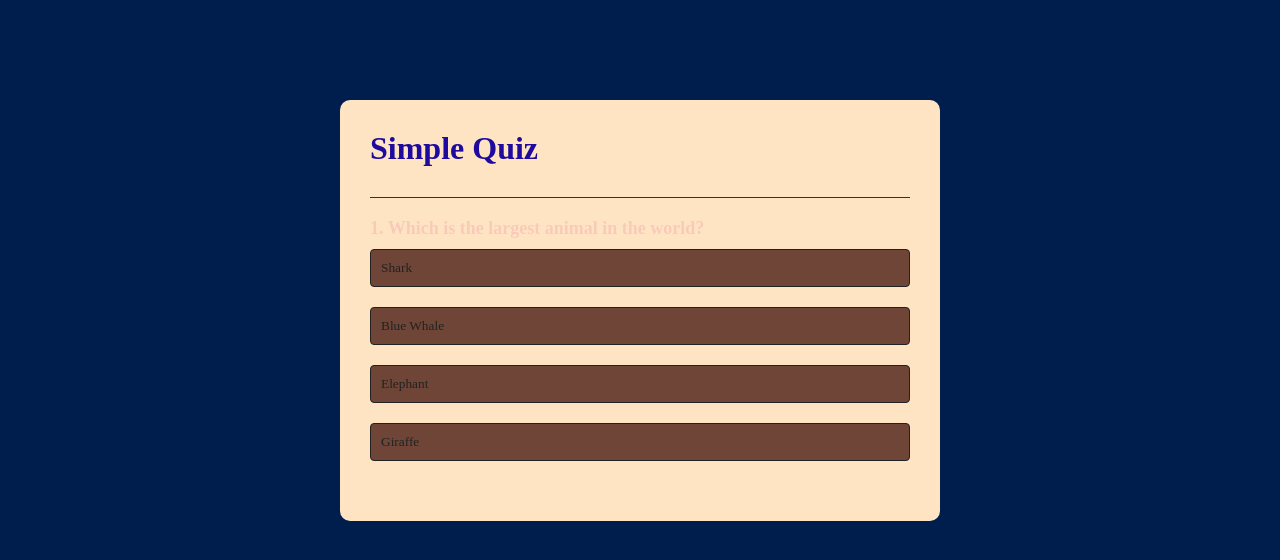
Repository: supriya123yadav/Quiz-project
Page: index.html
An editor plug-in stored every save of this project. The page is shown before and after the next save, followed by the edit.
The browser window is 1280 px wide. The pictures show the whole page.

Above is the page before, as saved 2024-07-11 10:26:42.

After the next save:
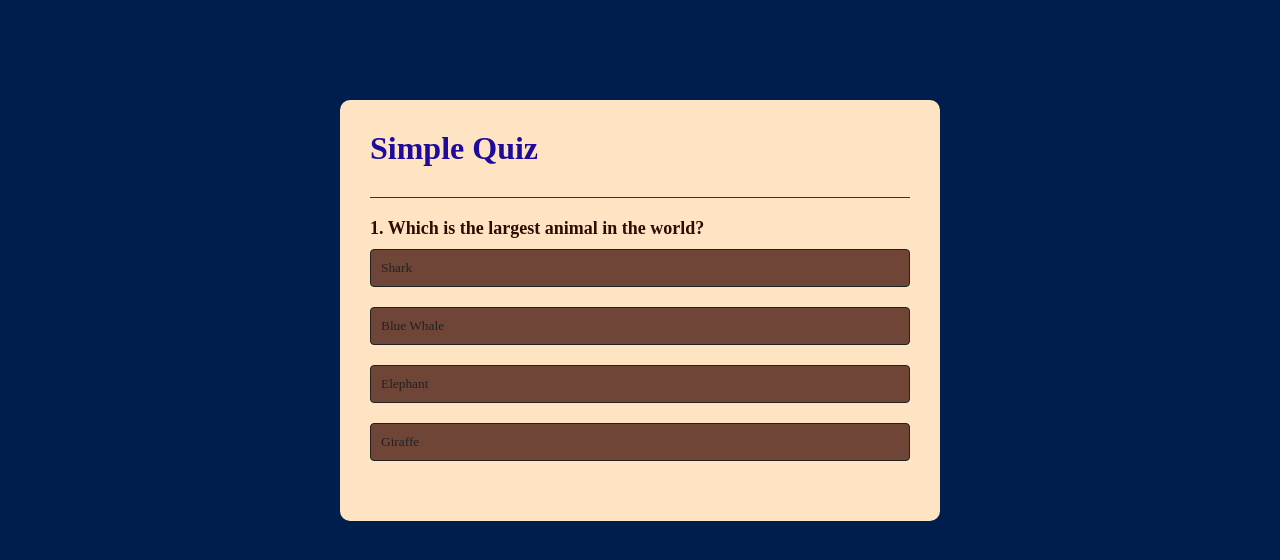
Saved 26 s later.
--- a/style.css
+++ b/style.css
@@ -30,7 +30,7 @@ body{
 }
 .quiz h2{
     font-size: 18px;
-    color: rgb(250, 202, 185);
+    color: rgb(44, 13, 2);
     font-weight: 600;
 
 }
